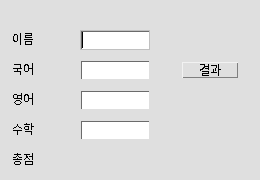
Repository: Wanghyemin/JAVA
Program's window: java demo/src/com/day17/Test5.java
An editor plug-in stored every save of this project. The program's window is shown before and after the next save, followed by the edit.
It runs on Java 21 on a 1366 x 768 screen with the Metal look.

Above is the program's window before, as saved 2022-01-13 05:36:45.

After the next save:
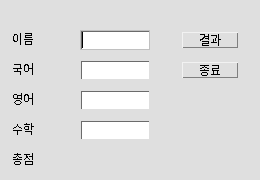
Saved 8 s later.
--- a/demo/src/com/day17/Test5.java
+++ b/demo/src/com/day17/Test5.java
@@ -55,7 +55,7 @@
 		add(btn1);
 
 		btn2 = new Button("종료");
-		btn1.setBounds(180, 60, 60, 20);
+		btn2.setBounds(180, 60, 60, 20);
 		add(btn2);
 
 
